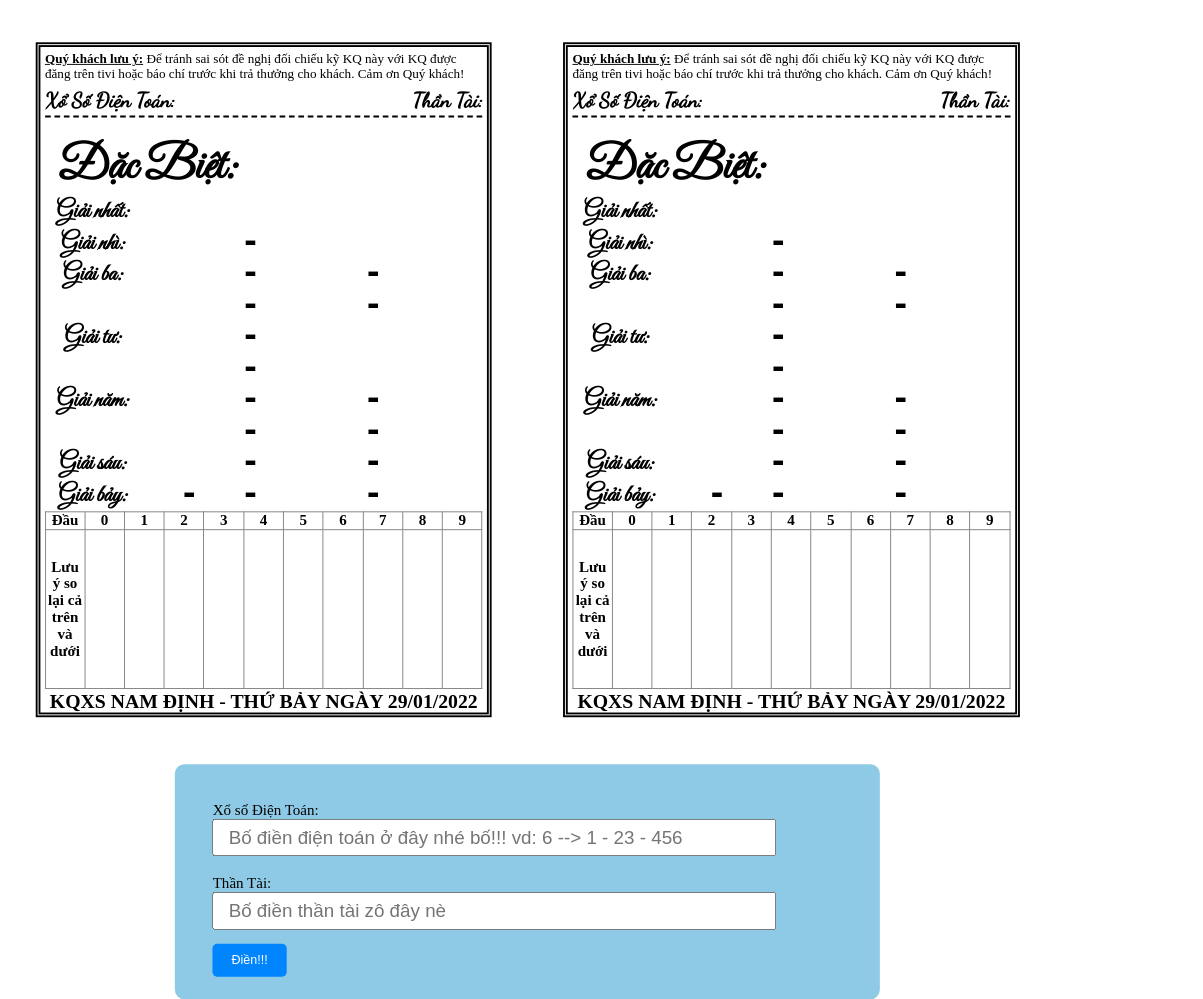
Repository: AnhDuc0125/xskt123
Page: index.html
An editor plug-in stored every save of this project. The page is shown before and after a run of saves, followed by the edit.
The browser window is 1280 px wide. The pictures show the whole page, at 94% of full size.
The page's requests for data from a server got no answer. Some web fonts or font styles are not loaded; a fallback is used.

Above is the page before, as saved 2022-01-29 23:40:29.

### index.html
<!DOCTYPE html>
<html lang="en">
  <head>
    <meta charset="UTF-8" />
    <meta http-equiv="X-UA-Compatible" content="IE=edge" />
    <meta name="viewport" content="width=device-width, initial-scale=1.0" />
    <link rel="stylesheet" href="style.css" />
    <title>Document</title>
  </head>
  <body>
    <div class="boxed__container">
      <div class="boxed--1">
        <div class="header">
          <div class="header--1">
            <b><u>Quý khách lưu ý:</u></b> Để tránh sai sót đề nghị đối chiếu kỹ
            KQ này với KQ được đăng trên tivi hoặc báo chí trước khi trả thưởng
            cho khách. Cảm ơn Quý khách!
          </div>
          <div class="header--2">
            <div class="dienToan">
              Xổ Số Điện Toán:
              <span class="data__dienToan"></span>
            </div>
            <div class="thanTai">
              Thần Tài: <span class="data__thanTai"></span>
            </div>
          </div>
        </div>

        <div class="body">
          <div class="body--1">
            <div class="dacBiet">
              Đặc Biệt:
              <span id="data__dacBiet" class="data__body--1"></span>
            </div>
          </div>
          <div class="body--2">
            <!-- row1 -->
            <div class="body__item body__name">Giải nhất:</div>
            <div class="body__item data__body--1"></div>
            <div class="body__item"></div>
            <div class="body__item"></div>
            <div class="body__item"></div>
            <div class="body__item"></div>
            <!-- row2 -->
            <div class="body__item body__name">Giải nhì:</div>
            <div class="body__item data__body--1"></div>
            <div class="body__item space">-</div>
            <div class="body__item data__body--1"></div>
            <div class="body__item"></div>
            <div class="body__item"></div>
            <!-- row3 -->
            <div class="body__item body__name">Giải ba:</div>
            <div class="body__item data__body--1"></div>
            <div class="body__item space">-</div>
            <div class="body__item data__body--1"></div>
            <div class="body__item space">-</div>
            <div class="body__item data__body--1"></div>
            <!-- row4 -->
            <div class="body__item"></div>
            <div class="body__item data__body--1"></div>
            <div class="body__item space">-</div>
            <div class="body__item data__body--1"></div>
            <div class="body__item space">-</div>
            <div class="body__item data__body--1"></div>
            <!-- row5 -->
            <div class="body__item body__name">Giải tư:</div>
            <div class="body__item data__body--1"></div>
            <div class="body__item space">-</div>
            <div class="body__item data__body--1"></div>
            <div class="body__item"></div>
            <div class="body__item"></div>
            <!-- row6 -->
            <div class="body__item"></div>
            <div class="body__item data__body--1"></div>
            <div class="body__item space">-</div>
            <div class="body__item data__body--1"></div>
            <div class="body__item"></div>
            <div class="body__item"></div>
            <!-- row7 -->
            <div class="body__item body__name">Giải năm:</div>
            <div class="body__item data__body--1"></div>
            <div class="body__item space">-</div>
            <div class="body__item data__body--1"></div>
            <div class="body__item space">-</div>
            <div class="body__item data__body--1"></div>
            <!-- row8 -->
            <div class="body__item"></div>
            <div class="body__item data__body--1"></div>
            <div class="body__item space">-</div>
            <div class="body__item data__body--1"></div>
            <div class="body__item space">-</div>
            <div class="body__item data__body--1"></div>
            <!-- row9 -->
            <div class="body__item body__name">Giải sáu:</div>
            <div class="body__item data__body--1"></div>
            <div class="body__item space">-</div>
            <div class="body__item data__body--1"></div>
            <div class="body__item space">-</div>
            <div class="body__item data__body--1"></div>
            <!-- row10 -->
            <div class="body__item body__name">Giải bảy:</div>
            <div class="body__item">
              <span class="data__body--1"></span>
              <span class="space">-</span>
              <span class="data__body--1"></span>
            </div>
            <div class="body__item space">-</div>
            <div class="body__item data__body--1"></div>
            <div class="body__item space">-</div>
            <div class="body__item data__body--1"></div>
          </div>
        </div>

        <div class="footer">
          <div class="footer--1">
            <table border="1">
              <thead>
                <tr>
                  <th class="title__table">Đầu</th>
                  <th class="cols__title">0</th>
                  <th class="cols__title">1</th>
                  <th class="cols__title">2</th>
                  <th class="cols__title">3</th>
                  <th class="cols__title">4</th>
                  <th class="cols__title">5</th>
                  <th class="cols__title">6</th>
                  <th class="cols__title">7</th>
                  <th class="cols__title">8</th>
                  <th class="cols__title">9</th>
                </tr>
              </thead>
              <tbody>
                <tr>
                  <th>Lưu ý so lại cả trên và dưới</th>
                  <th class="cols">
                    <ul id="data__0--1"></ul>
                  </th>
                  <th class="cols">
                    <ul id="data__1--1"></ul>
                  </th>
                  <th class="cols">
                    <ul id="data__2--1"></ul>
                  </th>
                  <th class="cols">
                    <ul id="data__3--1"></ul>
                  </th>
                  <th class="cols">
                    <ul id="data__4--1"></ul>
                  </th>
                  <th class="cols">
                    <ul id="data__5--1"></ul>
                  </th>
                  <th class="cols">
                    <ul id="data__6--1"></ul>
                  </th>
                  <th class="cols">
                    <ul id="data__7--1"></ul>
                  </th>
                  <th class="cols">
                    <ul id="data__8--1"></ul>
                  </th>
                  <th class="cols">
                    <ul id="data__9--1"></ul>
                  </th>
                </tr>
              </tbody>
            </table>
          </div>
          <div class="footer--2" id="data__footer--1"></div>
        </div>
      </div>
      <div class="boxed--2">
        <div class="header">
          <div class="header--1">
            <b><u>Quý khách lưu ý:</u></b> Để tránh sai sót đề nghị đối chiếu kỹ
            KQ này với KQ được đăng trên tivi hoặc báo chí trước khi trả thưởng
            cho khách. Cảm ơn Quý khách!
          </div>
          <div class="header--2">
            <div class="dienToan">
              Xổ Số Điện Toán:
              <span class="data__dienToan"></span>
            </div>
            <div class="thanTai">
              Thần Tài: <span class="data__thanTai"></span>
            </div>
          </div>
        </div>

        <div class="body">
          <div class="body--1">
            <div class="dacBiet">
              Đặc Biệt:
              <span id="data__dacBiet" class="data__body--2"></span>
            </div>
          </div>
          <div class="body--2">
            <!-- row1 -->
            <div class="body__item body__name">Giải nhất:</div>
            <div class="body__item data__body--2"></div>
            <div class="body__item"></div>
            <div class="body__item"></div>
            <div class="body__item"></div>
            <div class="body__item"></div>
            <!-- row2 -->
            <div class="body__item body__name">Giải nhì:</div>
            <div class="body__item data__body--2"></div>
            <div class="body__item space">-</div>
            <div class="body__item data__body--2"></div>
            <div class="body__item"></div>
            <div class="body__item"></div>
            <!-- row3 -->
            <div class="body__item body__name">Giải ba:</div>
            <div class="body__item data__body--2"></div>
            <div class="body__item space">-</div>
            <div class="body__item data__body--2"></div>
            <div class="body__item space">-</div>
            <div class="body__item data__body--2"></div>
            <!-- row4 -->
            <div class="body__item"></div>
            <div class="body__item data__body--2"></div>
            <div class="body__item space">-</div>
            <div class="body__item data__body--2"></div>
            <div class="body__item space">-</div>
            <div class="body__item data__body--2"></div>
            <!-- row5 -->
            <div class="body__item body__name">Giải tư:</div>
            <div class="body__item data__body--2"></div>
            <div class="body__item space">-</div>
            <div class="body__item data__body--2"></div>
            <div class="body__item"></div>
            <div class="body__item"></div>
            <!-- row6 -->
            <div class="body__item"></div>
            <div class="body__item data__body--2"></div>
            <div class="body__item space">-</div>
            <div class="body__item data__body--2"></div>
            <div class="body__item"></div>
            <div class="body__item"></div>
            <!-- row7 -->
            <div class="body__item body__name">Giải năm:</div>
            <div class="body__item data__body--2"></div>
            <div class="body__item space">-</div>
            <div class="body__item data__body--2"></div>
            <div class="body__item space">-</div>
            <div class="body__item data__body--2"></div>
            <!-- row8 -->
            <div class="body__item"></div>
            <div class="body__item data__body--2"></div>
            <div class="body__item space">-</div>
            <div class="body__item data__body--2"></div>
            <div class="body__item space">-</div>
            <div class="body__item data__body--2"></div>
            <!-- row9 -->
            <div class="body__item body__name">Giải sáu:</div>
            <div class="body__item data__body--2"></div>
            <div class="body__item space">-</div>
            <div class="body__item data__body--2"></div>
            <div class="body__item space">-</div>
            <div class="body__item data__body--2"></div>
            <!-- row10 -->
            <div class="body__item body__name">Giải bảy:</div>
            <div class="body__item">
              <span class="data__body--2"></span>
              <span class="space">-</span>
              <span class="data__body--2"></span>
            </div>
            <div class="body__item space">-</div>
            <div class="body__item data__body--2"></div>
            <div class="body__item space">-</div>
            <div class="body__item data__body--2"></div>
          </div>
        </div>

        <div class="footer">
          <div class="footer--1">
            <table border="1">
              <thead>
                <tr>
                  <th class="title__table">Đầu</th>
                  <th class="cols__title">0</th>
                  <th class="cols__title">1</th>
                  <th class="cols__title">2</th>
                  <th class="cols__title">3</th>
                  <th class="cols__title">4</th>
                  <th class="cols__title">5</th>
                  <th class="cols__title">6</th>
                  <th class="cols__title">7</th>
                  <th class="cols__title">8</th>
                  <th class="cols__title">9</th>
                </tr>
              </thead>
              <tbody>
                <tr>
                  <th>Lưu ý so lại cả trên và dưới</th>
                  <th class="cols">
                    <ul id="data__0--2"></ul>
                  </th>
                  <th class="cols">
                    <ul id="data__1--2"></ul>
                  </th>
                  <th class="cols">
                    <ul id="data__2--2"></ul>
                  </th>
                  <th class="cols">
                    <ul id="data__3--2"></ul>
                  </th>
                  <th class="cols">
                    <ul id="data__4--2"></ul>
                  </th>
                  <th class="cols">
                    <ul id="data__5--2"></ul>
                  </th>
                  <th class="cols">
                    <ul id="data__6--2"></ul>
                  </th>
                  <th class="cols">
                    <ul id="data__7--2"></ul>
                  </th>
                  <th class="cols">
                    <ul id="data__8--2"></ul>
                  </th>
                  <th class="cols">
                    <ul id="data__9--2"></ul>
                  </th>
                </tr>
              </tbody>
            </table>
          </div>
          <div class="footer--2" id="data__footer--2"></div>
        </div>
      </div>
    </div>
    <div class="ask">
      <div class="form__group">
        <label class="label__control">Xổ số Điện Toán:</label>
        <input
          type="number"
          class="form__control input__dienToan"
          oninput="javascript: if (this.value.length > this.maxLength) this.value = this.value.slice(0, this.maxLength);"
          maxlength="6"
          placeholder="Bố điền điện toán ở đây nhé bố!!! vd: 6 --> 1 - 23 - 456"
        />
      </div>
      <div class="form__group">
        <form id="form_thanTai">
          <label for="" class="label__control">Thần Tài:</label>
          <input
            type="number"
            class="form__control input__thanTai"
            oninput="javascript: if (this.value.length > this.maxLength) this.value = this.value.slice(0, this.maxLength);"
            maxlength="4"
            placeholder="Bố điền thần tài zô đây nè"
          />
          <button onclick="showData()">Điền!!!</button>
        </form>
      </div>
    </div>
  </body>
  <script src="app.js"></script>
</html>

### style.css
@import url("https://fonts.googleapis.com/css2?family=Great+Vibes&display=swap");
@import url("https://fonts.googleapis.com/css2?family=Dancing+Script&display=swap");
@import url("https://fonts.googleapis.com/css2?family=Andada+Pro:ital,wght@1,800&display=swap");

* {
  margin: 0;
  padding: 0;
  box-sizing: border-box;
}

body {
  background-color: white;
  width: 29.7cm;
  height: 21cm;
}

.boxed__container {
  width: 27.7cm;
  height: 19cm;
  margin: 1.2cm 1cm 0.8cm;
  display: grid;
  grid-template-columns: 12.85cm 12.85cm;
  grid-template-rows: 19cm;
  column-gap: 2cm;
}

.boxed--1,
.boxed--2 {
  width: 12.85cm;
  height: 19cm;
  padding: 5px;
  border: 5px double black;
}

/* header css*/
.header {
  width: 100%;
  height: 10%;
  border-bottom: 2px dashed black;
}

.header--1 {
  font-size: 14px;
}

.header--2 {
  font-family: "Dancing Script", cursive;
  font-weight: bold;
  font-size: 22px;
  display: flex;
  justify-content: space-between;
}

/* data css */
.data__body--1,
.data__body--2,
.data__dienToan,
.data__thanTai {
  font-family: arial;
  font-size: 30px;
}

#data__dacBiet {
  font-size: 70px;
}

.space {
  font-family: Arial, Helvetica, sans-serif;
  font-size: 40px;
  transform: translateY(-5px);
}

.data__body--1,
.data__body--2 {
  margin-right: 5px;
}

/* body css*/
.body {
  width: 100%;
  height: 60%;
  font-family: "Great Vibes", cursive;
  font-weight: bold;
}

.body--1 {
  width: 100%;
  height: 20%;
  display: flex;
  align-items: center;
}

.body--1 .dacBiet {
  font-size: 50px;
  margin-left: 15px;
}

.body--2 {
  width: 100%;
  height: 80%;
  display: grid;
  grid-template-columns: 22% 22% 6% 22% 6% 22%;
  grid-template-rows: 10% 10% 10% 10% 10% 10% 10% 10% 10% 10%;
}

.body--2 .body__item {
  display: flex;
  justify-content: center;
  align-items: center;
}

.body--2 .body__item.body__name {
  font-size: 25px;
}

.body--2 .body__item.data__body--1,
.body--2 .body__item.data__body--2 {
  justify-content: right;
}

.footer {
  width: 100%;
  height: 30%;
}

.footer--1 {
  width: 100%;
  height: 175px;
}

.footer table {
  width: 100%;
  height: 100%;
  border-collapse: collapse;
  min-height: 189px;
}

ul {
  list-style-type: none;
}

li {
  font-size: 18px;
}

th.cols__title {
  width: 46.19px;
}

th.cols {
  vertical-align: top;
  height: 137.07px;
}

.title__table {
  width: 9%;
}

.footer--2 {
  width: 100%;
  height: 25%;
  font-family: "Andada Pro", serif;
  font-weight: bolder;
  font-size: 21px;
  text-align: center;
  transform: translateY(15px);
}

.ask {
  width: 750px;
  height: 250px;
  padding: 20px;
  margin: 0 auto;
  border-radius: 10px;
  border: none;
  color: black;
  background-color: #8ecae6;
  margin-top: 50px;
}

.form__group {
  margin: 20px;
}

label {
  display: block;
}

input::-webkit-outer-spin-button,
input::-webkit-inner-spin-button {
  -webkit-appearance: none;
  margin: 0;
}

.form__control {
  width: 600px;
  height: 40px;
  padding: 15px;
  font-size: 20px;
}

button {
  display: block;
  padding: 10px 20px;
  background-color: #0085ff;
  border-radius: 5px;
  border: none;
  color: white;
  cursor: pointer;
  margin-top: 15px;
}

Loaded but not shown: app.js (234 lines, source omitted)

After the next 2 saves:
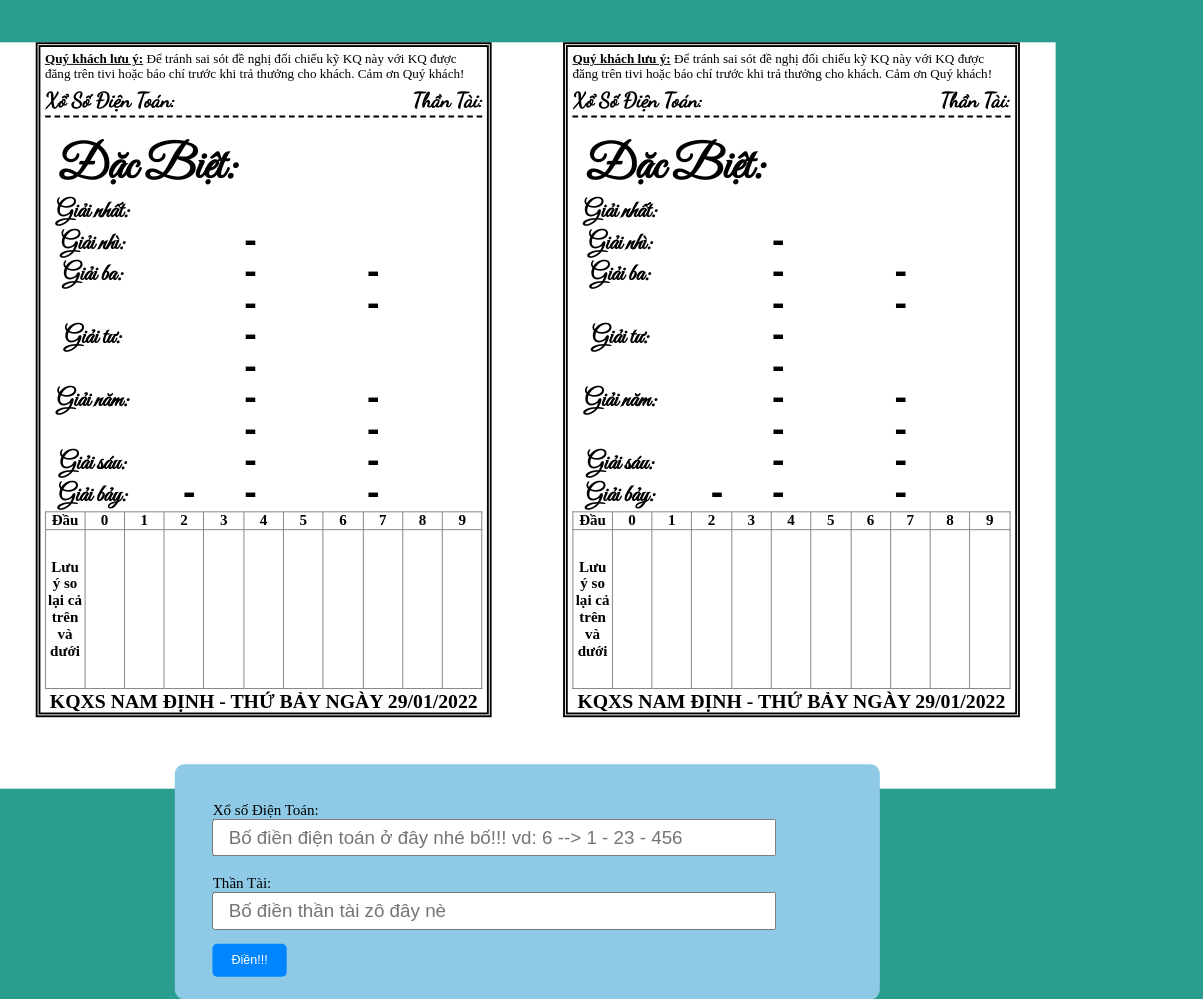
The 2 saves are shown as one change because they came seconds apart.
The last was saved 32 s later.
--- a/style.css
+++ b/style.css
@@ -6,6 +6,10 @@
   margin: 0;
   padding: 0;
   box-sizing: border-box;
+}
+
+html {
+  background-color: #2a9d8f;
 }
 
 body {

After the 2 saves that followed:
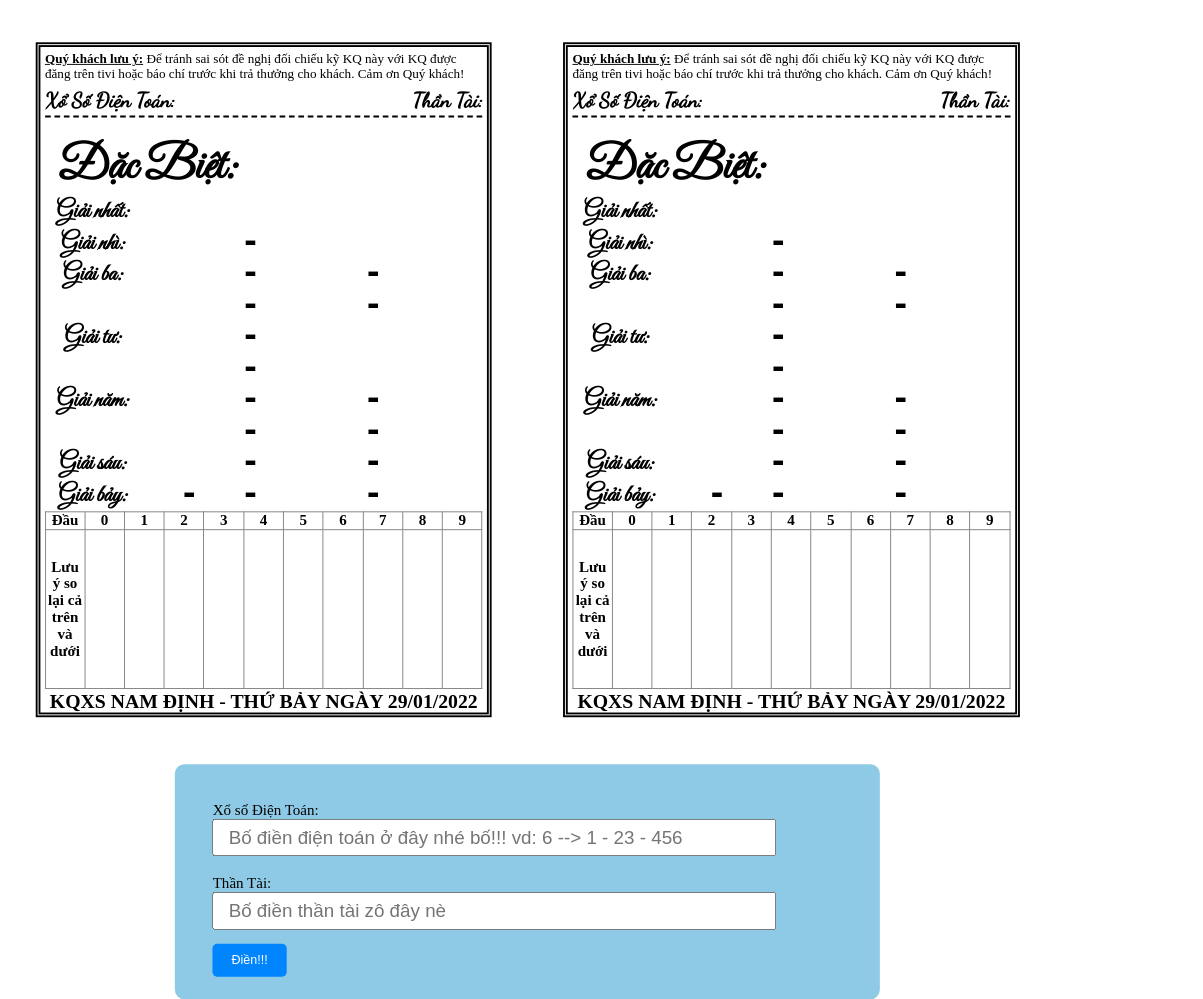
The 2 saves are shown as one change because they came seconds apart.
The last was saved 24 s later.
--- a/style.css
+++ b/style.css
@@ -8,12 +8,7 @@
   box-sizing: border-box;
 }
 
-html {
-  background-color: #2a9d8f;
-}
-
 body {
-  background-color: white;
   width: 29.7cm;
   height: 21cm;
 }
